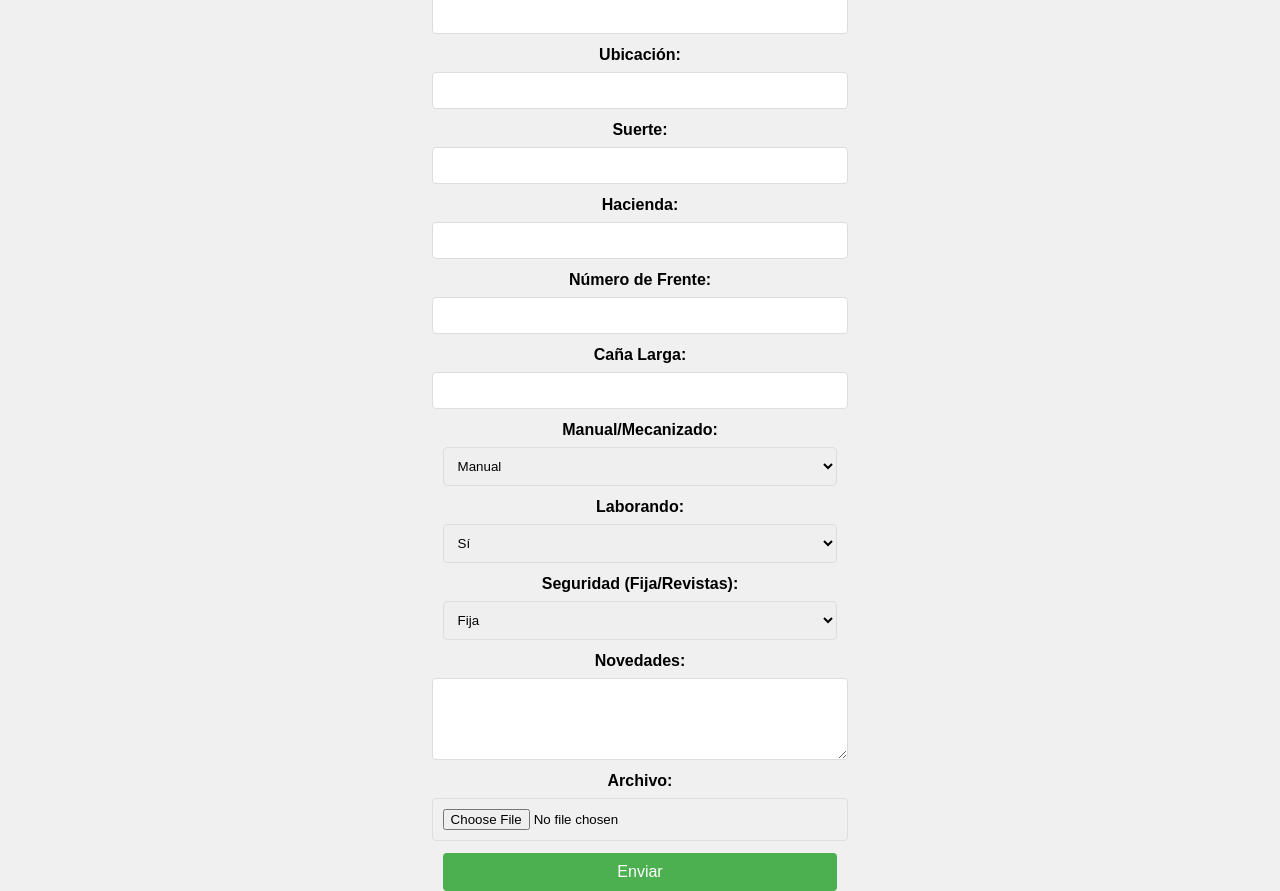
Repository: tayuanlogua/prototipo-de-control-de-accesos
Page: Patrullas/src/frentesdecosecha.html
An editor plug-in stored every save of this project. The page is shown before and after the next save, followed by the edit.
The browser window is 1280 px wide. The pictures show the whole page.

Above is the page before, as saved 2024-08-12 14:13:21.

After the next save:
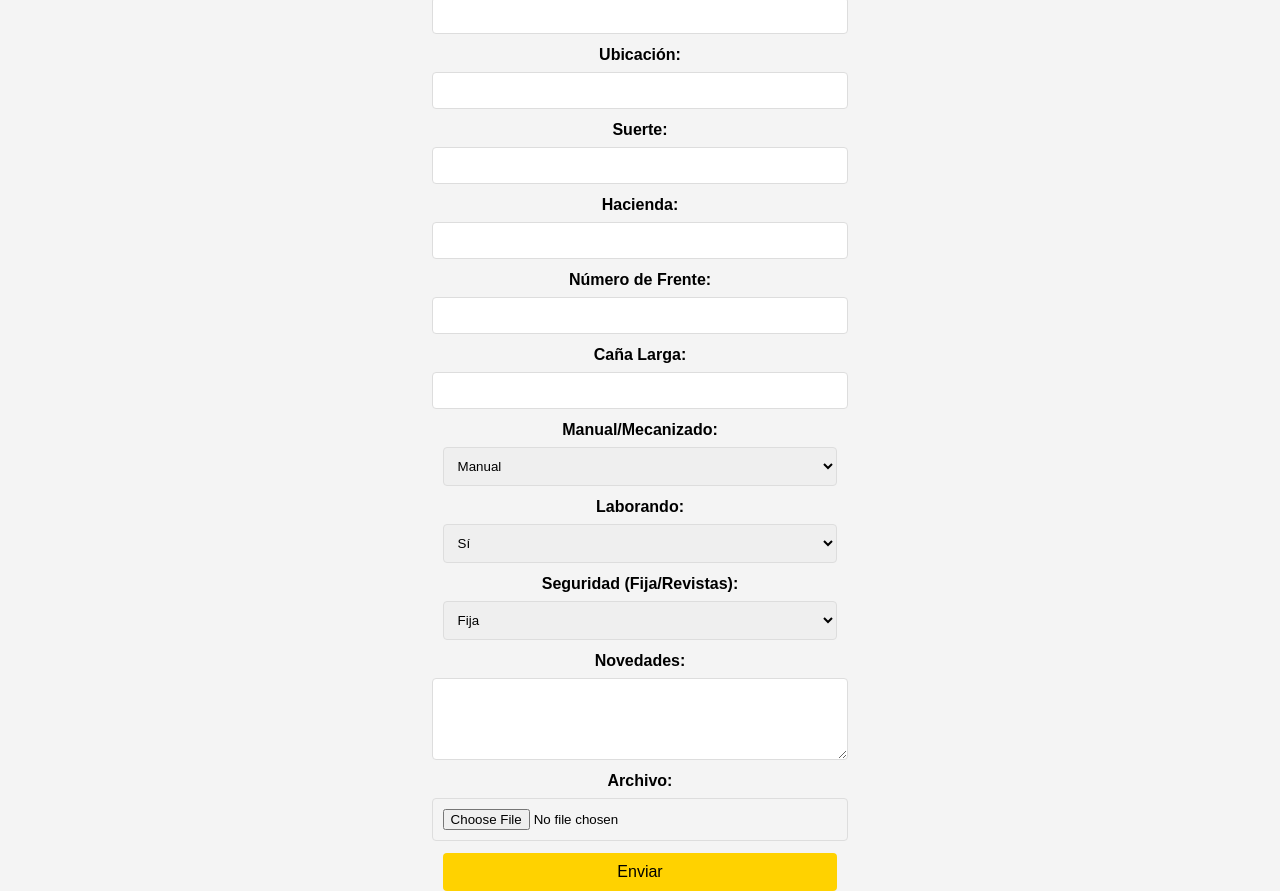
Saved 116 s later.
--- a/Patrullas/src/styles.css
+++ b/Patrullas/src/styles.css
@@ -7,7 +7,7 @@
   align-items: center;
   height: 100vh;
   margin: 0;
-  background-color: #f0f0f0; /* Fondo general de la página */
+  background-color: #f4f4f4; /* Fondo general de la página */
 }
 
 /* Estilos para el header */
@@ -43,7 +43,7 @@
 /* Estilos para el título del formulario */
 h1 {
   margin-bottom: 20px;
-  color: #000; /* Color negro para el título */
+  color: #333; /* Color negro para el título */
   font-size: 24px; /* Tamaño de fuente para el título */
 }
 
@@ -103,8 +103,8 @@
 button {
   width: 100%;
   padding: 10px 15px;
-  background-color: #4caf50; /* Color verde para el botón */
-  color: #fff; /* Texto en blanco para el botón */
+  background-color: #ffd200; /* Color amarillo */
+  color: #000; /* Texto en negro para el botón */
   border: none;
   border-radius: 4px;
   cursor: pointer;
@@ -112,5 +112,5 @@
 }
 
 button:hover {
-  background-color: #45a049; /* Verde más oscuro para el hover */
+  background-color: #f9c700; /* Amarillo más oscuro para el hover */
 }
